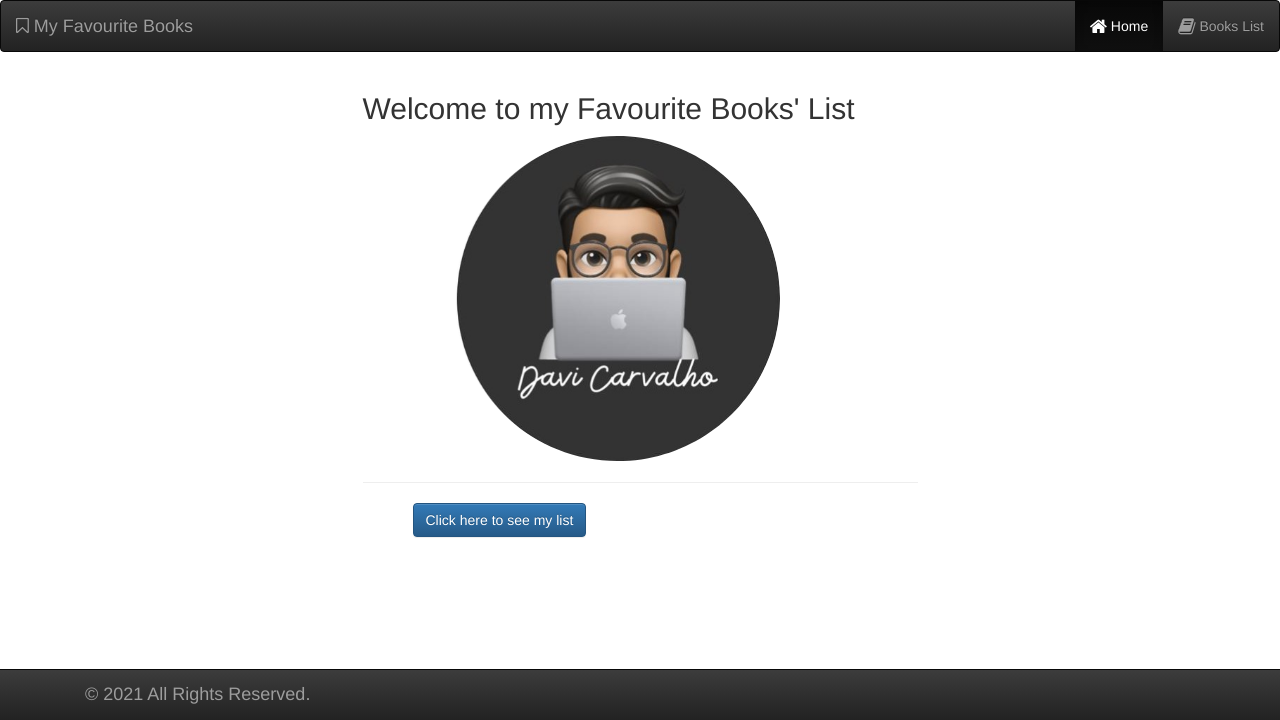
Repository: daviccarvalho/COMP229-M2021-Midterm-301154671
Page: http://localhost/
The author's editor kept a copy of each file at every save. The page is drawn from the files as they stood at one save, then again after the next save.
The browser window is 1280 px wide. The pictures show the whole page.
The page is served by the project's Node server (server.js). Other server files are loaded and not shown.

Above is the page before, as saved 2021-06-22 19:06:33.

### server/views/content/index.ejs
<!--
Web App Name: Favourite Book List
Student Name: Davi Cavalcante de Carvalho
Student id# 301154671
June 22, 2021
-->
<%- include('../partials/header.ejs'); %>

    <!-- MAIN CONTENT -->
    <div class="container">
      <div class="row">
        <div class="col-md-offset-3 col-md-6">
          <h2>Welcome to my Favourite Books' List</h2>
        <img src="../../Assets/images/logo.svg" class="col-md-offset-2 pe-4 d-block img-fluid align-top">
      <hr class="my-4">
        <div class="mx-auto" style="width: 200px;">
        <a class="btn btn-primary col-md-offset-3" href="/books" role="button">Click here to see my list</a>
      </div>
      </div>
    </div>

<%- include('../partials/footer.ejs'); %>

### server/views/partials/header.ejs
<!--
Web App Name: Favourite Book List
Student Name: Davi Cavalcante de Carvalho
Student id# 301154671
June 22, 2021
-->
<!DOCTYPE html>
<html lang="en">
  <head>
    <meta charset="utf-8">
    <meta name="viewport" content="width=device-width, initial-scale=1">
    <title><%= title %></title>
    <!-- CSS SECTION -->
    <link rel="stylesheet" href="/Scripts/lib/bootstrap/dist/css/bootstrap.min.css">
    <link rel="stylesheet" href="/Scripts/lib/bootstrap/dist/css/bootstrap-theme.min.css">
    <link rel="stylesheet" href="/Scripts/lib/font-awesome/css/font-awesome.min.css">
    <link rel="stylesheet" href="/@fortawesome/fontawesome-free/css/all.min.css">
    <link rel='stylesheet' href='/Content/app.css' />
  </head>
  <body>

  <nav class="navbar navbar-inverse" role="navigation">
    <!-- Brand and toggle get grouped for better mobile display -->
    <div class="navbar-header">
      <button type="button" class="navbar-toggle" data-toggle="collapse" data-target=".navbar-ex1-collapse">
        <span class="sr-only">Toggle navigation</span>
        <span class="icon-bar"></span>
        <span class="icon-bar"></span>
        <span class="icon-bar"></span>
      </button>
      <a class="navbar-brand" href="/"><i class="fa fa-bookmark-o"></i> My Favourite Books</a>
    </div>

    <!-- Collect the nav links, forms, and other content for toggling -->
    <div class="collapse navbar-collapse navbar-ex1-collapse">
      <ul class="nav navbar-nav navbar-right">
        <% if(title == "Home") { %>
          <li class="active"><a href="/"><i class="fa fa-home fa-lg"></i> Home</a></li>
        <% } else { %>
          <li><a href="/"><i class="fa fa-home fa-lg"></i> Home</a></li>
        <% } %>

          <% if(title == "books") { %>
          <li class="active"><a href="/books"><i class="fa fa-book fa-lg">
          </i> Books List</a></li>
          <% } else { %>
            <li><a href="/books"><i class="fa fa-book fa-lg">
            </i> Books List</a></li>
          <% } %>

      </ul>
    </div><!-- /.navbar-collapse -->
  </nav>

### server/views/partials/footer.ejs
<!--
Web App Name: Favourite Book List
Student Name: Davi Cavalcante de Carvalho
Student id# 301154671
June 22, 2021
-->
<nav class="navbar navbar-inverse navbar-fixed-bottom">
  <div class="container">
    <h4  class="navbar-text">&copy; 2021 All Rights Reserved.</h4>
  </div>
</nav>



<!-- JAVASCRIPT SECTION -->
    <script src="/Scripts/lib/jquery/dist/jquery.min.js"></script>
    <script src="/Scripts/lib/bootstrap/dist/js/bootstrap.min.js"></script>
    <script src="/Scripts/app.js"></script>
  </body>
</html>

### server.js
/*
Web App Name: Favourite Book List
Student Name: Davi Cavalcante de Carvalho
Student id# 301154671
June 22, 2021*/

let app = require('./server/config/app');
let debug = require('debug')('comp308-w2019-midterm:server');
let http = require('http');

/**
 * Get port from environment and store in Express.
 */

let port = normalizePort(process.env.PORT || '3000');
app.set('port', port);

/**
 * Create HTTP server.
 */

let server = http.createServer(app);

/**
 * Listen on provided port, on all network interfaces.
 */

server.listen(port);
server.on('error', onError);
server.on('listening', onListening);

/**
 * Normalize a port into a number, string, or false.
 */

function normalizePort(val) {
  let port = parseInt(val, 10);

  if (isNaN(port)) {
    // named pipe
    return val;
  }

  if (port >= 0) {
    // port number
    return port;
  }

  return false;
}

/**
 * Event listener for HTTP server "error" event.
 */

function onError(error) {
  if (error.syscall !== 'listen') {
    throw error;
  }

  let bind = typeof port === 'string'
    ? 'Pipe ' + port
    : 'Port ' + port;

  // handle specific listen errors with friendly messages
  switch (error.code) {
    case 'EACCES':
      console.error(bind + ' requires elevated privileges');
      process.exit(1);
      break;
    case 'EADDRINUSE':
      console.error(bind + ' is already in use');
      process.exit(1);
      break;
    default:
      throw error;
  }
}

/**
 * Event listener for HTTP server "listening" event.
 */

function onListening() {
  let addr = server.address();
  let bind = typeof addr === 'string'
    ? 'pipe ' + addr
    : 'port ' + addr.port;
  debug('Listening on ' + bind);
}

### server/routes/index.js
/*
Web App Name: Favourite Book List
Student Name: Davi Cavalcante de Carvalho
Student id# 301154671
June 22, 2021
*/
// modules required for routing
let express = require('express');
let router = express.Router();
let mongoose = require('mongoose');

// define the book model
let book = require('../models/books');

/* GET home page. wildcard */
router.get('/', (req, res, next) => {
  res.render('content/index', {
    title: 'Home',
    books: ''
   });
});

module.exports = router;

### client/Assets/images/logo.svg
<svg width="326" height="327" xmlns="http://www.w3.org/2000/svg" xmlns:xlink="http://www.w3.org/1999/xlink" overflow="hidden"><defs><clipPath id="clip0"><rect x="70" y="63" width="326" height="327"/></clipPath><image width="462" height="455" xlink:href="data:[embedded picture, 33003 characters]" preserveAspectRatio="none" id="img1"></image><clipPath id="clip2"><path d="M70 226.5C70 136.754 142.754 64 232.5 64 322.246 64 395 136.754 395 226.5 395 316.246 322.246 389 232.5 389 142.754 389 70 316.246 70 226.5Z" fill-rule="evenodd" clip-rule="evenodd"/></clipPath></defs><g clip-path="url(#clip0)" transform="translate(-70 -63)"><g clip-path="url(#clip2)"><use width="100%" height="100%" xlink:href="#img1" transform="matrix(0.703463 0 0 0.714286 70 64)"></use></g></g></svg>

### client/Scripts/app.js
/* custom JS goes here */

/* pagination code from http://www.bootply.com/lxa0FF9yhw */
$.fn.pageMe = function(opts){
    var $this = this,
        defaults = {
            perPage: 7,
            showPrevNext: false,
            hidePageNumbers: false
        },
        settings = $.extend(defaults, opts);

    var listElement = $this;
    var perPage = settings.perPage;
    var children = listElement.children();
    var pager = $('.pager');

    if (typeof settings.childSelector!="undefined") {
        children = listElement.find(settings.childSelector);
    }

    if (typeof settings.pagerSelector!="undefined") {
        pager = $(settings.pagerSelector);
    }

    var numItems = children.size();
    var numPages = Math.ceil(numItems/perPage);

    pager.data("curr",0);

    if (settings.showPrevNext){
        $('<li><a href="#" class="prev_link">«</a></li>').appendTo(pager);
    }

    var curr = 0;
    while(numPages > curr && (settings.hidePageNumbers==false)){
        $('<li><a href="#" class="page_link">'+(curr+1)+'</a></li>').appendTo(pager);
        curr++;
    }

    if (settings.showPrevNext){
        $('<li><a href="#" class="next_link">»</a></li>').appendTo(pager);
    }

    pager.find('.page_link:first').addClass('active');
    pager.find('.prev_link').hide();
    if (numPages<=1) {
        pager.find('.next_link').hide();
    }
  	pager.children().eq(1).addClass("active");

    children.hide();
    children.slice(0, perPage).show();

    pager.find('li .page_link').click(function(){
        var clickedPage = $(this).html().valueOf()-1;
        goTo(clickedPage,perPage);
        return false;
    });
    pager.find('li .prev_link').click(function(){
        previous();
        return false;
    });
    pager.find('li .next_link').click(function(){
        next();
        return false;
    });

    function previous(){
        var goToPage = parseInt(pager.data("curr")) - 1;
        goTo(goToPage);
    }

    function next(){
        goToPage = parseInt(pager.data("curr")) + 1;
        goTo(goToPage);
    }

    function goTo(page){
        var startAt = page * perPage,
            endOn = startAt + perPage;

        children.css('display','none').slice(startAt, endOn).show();

        if (page>=1) {
            pager.find('.prev_link').show();
        }
        else {
            pager.find('.prev_link').hide();
        }

        if (page<(numPages-1)) {
            pager.find('.next_link').show();
        }
        else {
            pager.find('.next_link').hide();
        }

        pager.data("curr",page);
      	pager.children().removeClass("active");
        pager.children().eq(page+1).addClass("active");

    }
};

// IIFE
(function(){
  $(".btn-danger").click(function(event){
    if(!confirm("Are you sure?")) {
      event.preventDefault();
      window.location.assign("/books");
    }
  });

 /* pagination code */
  $('#myTable').pageMe(
    {pagerSelector:'#myPager',showPrevNext:true,hidePageNumbers:false,perPage:6}
    );
})();

Loaded but not shown: client/Scripts/lib/bootstrap/dist/css/bootstrap.min.css (library); client/Scripts/lib/bootstrap/dist/css/bootstrap-theme.min.css (library); client/Scripts/lib/font-awesome/css/font-awesome.min.css (library); client/Content/app.css (common file); client/Scripts/lib/jquery/dist/jquery.min.js (library); client/Scripts/lib/bootstrap/dist/js/bootstrap.min.js (library)

After the next save:
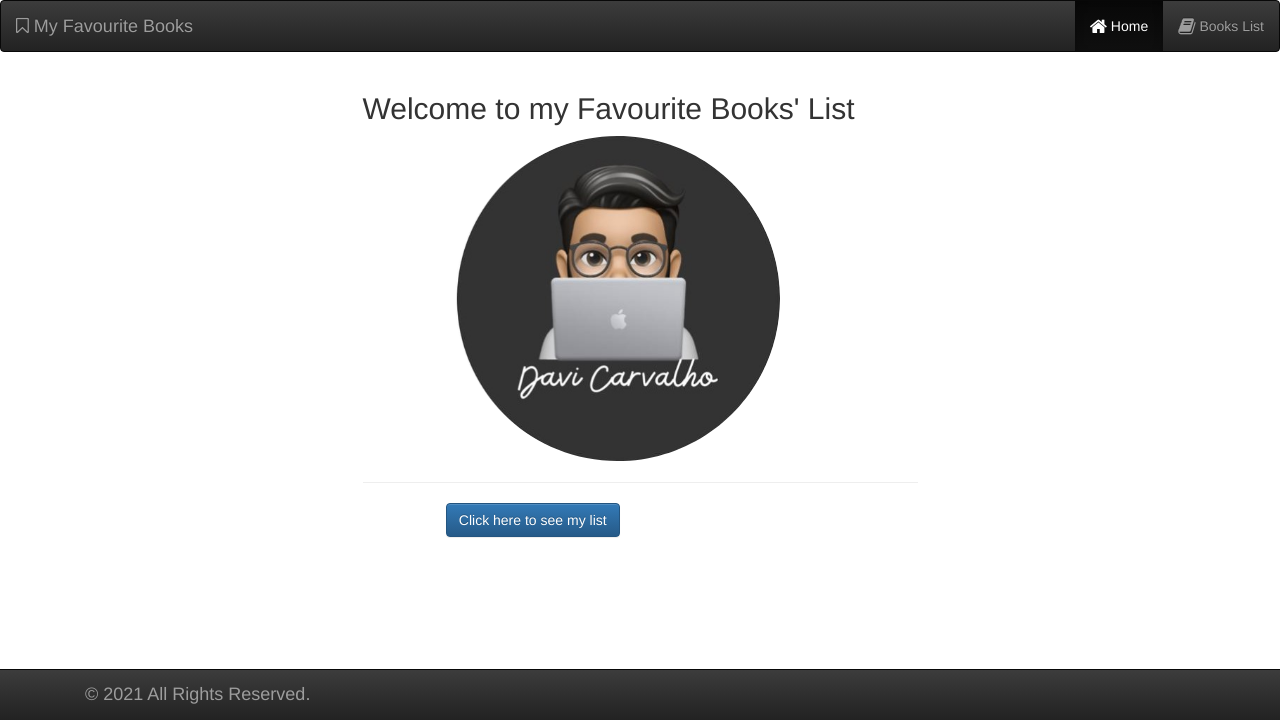
Saved 7 s later.
--- a/server/views/content/index.ejs
+++ b/server/views/content/index.ejs
@@ -14,7 +14,7 @@ June 22, 2021
         <img src="../../Assets/images/logo.svg" class="col-md-offset-2 pe-4 d-block img-fluid align-top">
       <hr class="my-4">
         <div class="mx-auto" style="width: 200px;">
-        <a class="btn btn-primary col-md-offset-3" href="/books" role="button">Click here to see my list</a>
+        <a class="btn btn-primary col-md-offset-5" href="/books" role="button">Click here to see my list</a>
       </div>
       </div>
     </div>
